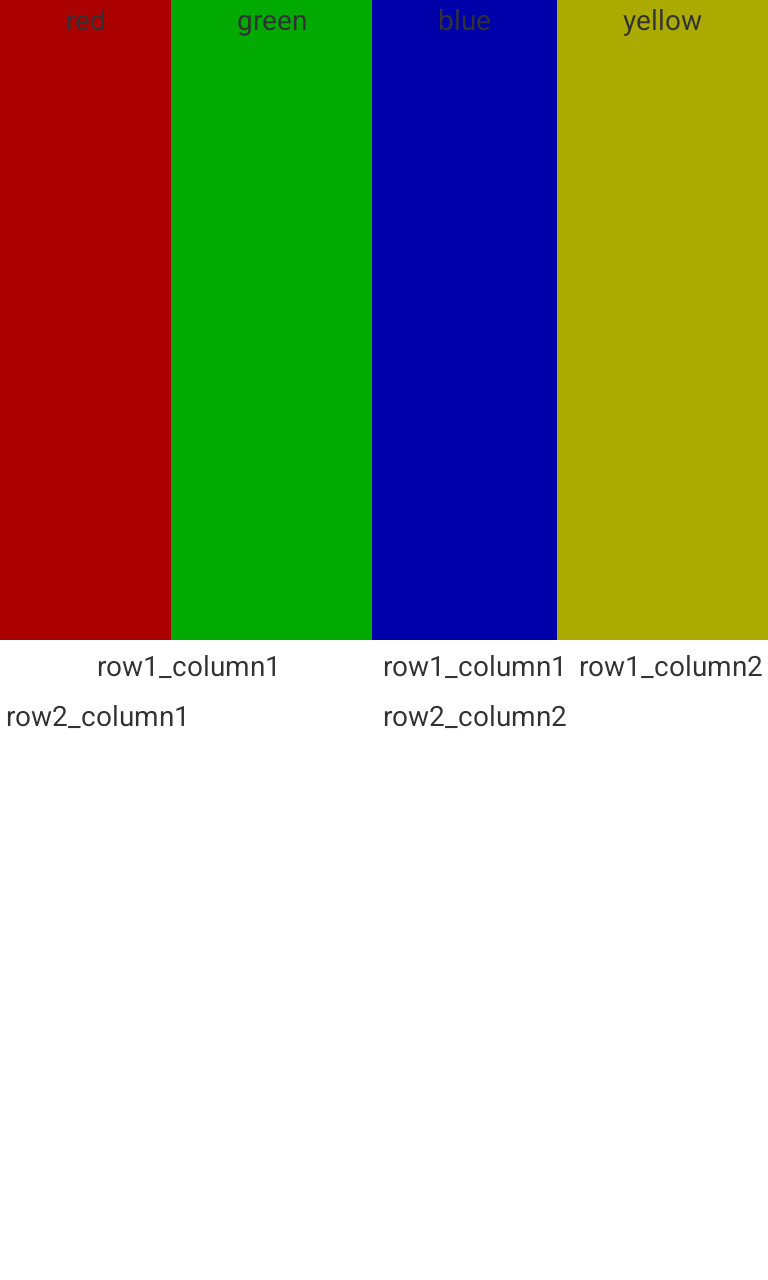
Repository: HouJun11220033/Android
Layout: Layout_04/res/layout/second.xml
The author's editor kept a copy of each file at every save. The layout is drawn from the files as they stood at one save, then again after the next save.
It is drawn on a 768 x 1280 px phone screen (xhdpi) without system bars, with theme AppTheme; the app's code is not run.

Above is the layout before, as saved 2016-09-15 16:00:30.

### Layout_04/res/layout/second.xml
<?xml version="1.0" encoding="utf-8"?>
<LinearLayout xmlns:android="http://schemas.android.com/apk/res/android"
    android:layout_width="fill_parent"
    android:layout_height="fill_parent"
    android:orientation="vertical" >

    <LinearLayout
        android:layout_width="fill_parent"
        android:layout_height="fill_parent"
        android:layout_weight="1"
        android:orientation="horizontal" >

        <TextView
            android:layout_width="wrap_content"
            android:layout_height="fill_parent"
            android:layout_weight="1"
            android:background="#aa0000"
            android:gravity="center_horizontal"
            android:text="red" />

        <TextView
            android:layout_width="wrap_content"
            android:layout_height="fill_parent"
            android:layout_weight="1"
            android:background="#00aa00"
            android:gravity="center_horizontal"
            android:text="green" />

        <TextView
            android:layout_width="wrap_content"
            android:layout_height="fill_parent"
            android:layout_weight="1"
            android:background="#0000aa"
            android:gravity="center_horizontal"
            android:text="blue" />

        <TextView
            android:layout_width="wrap_content"
            android:layout_height="fill_parent"
            android:layout_weight="1"
            android:background="#aaaa00"
            android:gravity="center_horizontal"
            android:text="yellow" />
    </LinearLayout>

    <LinearLayout
        android:layout_width="fill_parent"
        android:layout_height="fill_parent"
        android:layout_weight="1"
        android:orientation="horizontal" >

        <TableLayout
            android:layout_width="fill_parent"
            android:layout_height="fill_parent"
            android:stretchColumns="0" >

            <TableRow>

                <TextView
                    android:gravity="center"
                    android:padding="3dip"
                    android:text="@string/row1_column1" />

                <TextView
                   android:gravity="center"
                    android:padding="3dip"
                    android:text="@string/row1_column1" >
                </TextView>

                <TextView
                   android:gravity="center"
                    android:padding="3dip"
                    android:text="@string/row1_column2" />
            </TableRow>

            <TableRow>

                <TextView
                    android:padding="3dip"
                    android:text="@string/row2_column1" />

                <TextView
                    android:gravity="right"
                    android:padding="3dip"
                    android:text="@string/row2_column2" />
            </TableRow>
        </TableLayout>
    </LinearLayout>

</LinearLayout>

### Layout_04/res/values/strings.xml
<?xml version="1.0" encoding="utf-8"?>
<resources>

    <string name="hello">Hello World, TableTest!</string>
    <string name="app_name">layout02</string>
    <string name="row1_column1">row1_column1</string>
    <string name="row1_column2">row1_column2</string>
    <string name="row2_column1">row2_column1</string>
    <string name="row2_column2">row2_column2</string>

</resources>

Loaded but not shown: Layout_04/res/values/styles.xml (common file); Layout_04/res/values-v11/styles.xml (common file); Layout_04/res/values-v14/styles.xml (common file)

After the next save:
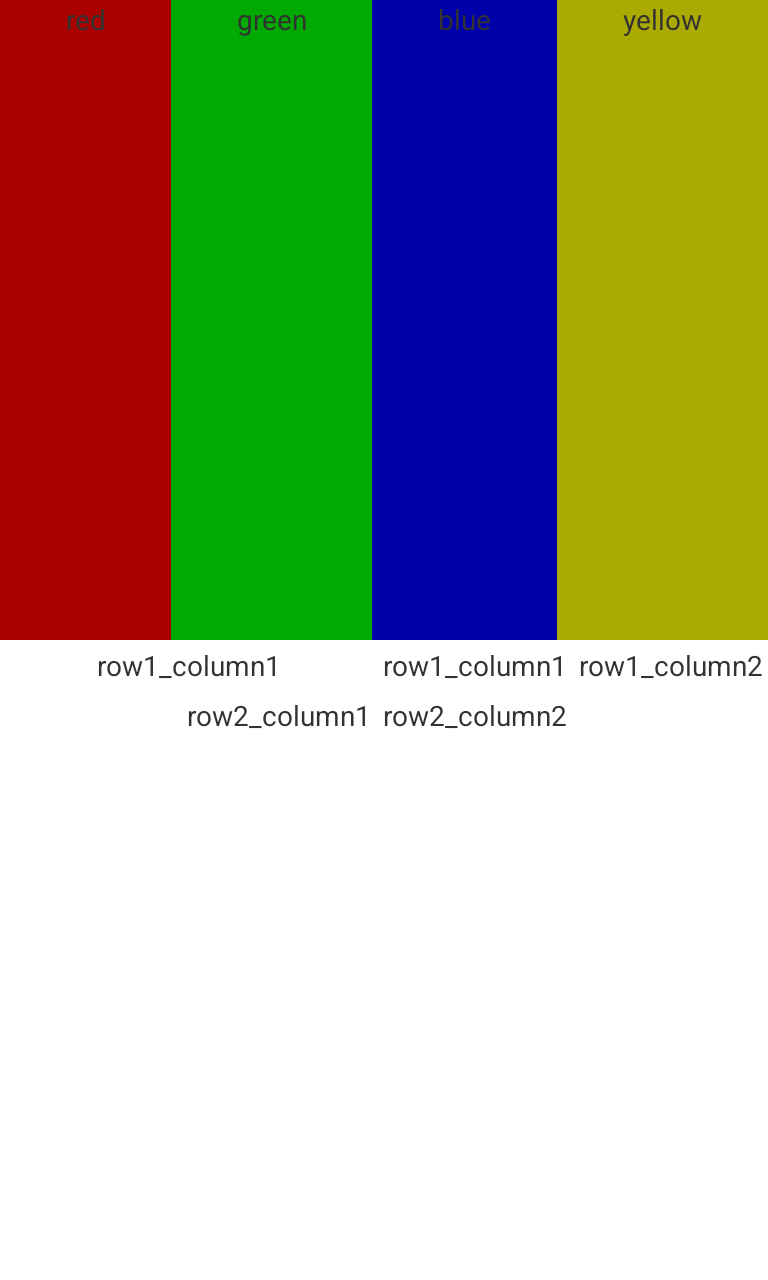
Saved 4 min 12 s later.
--- a/Layout_04/res/layout/second.xml
+++ b/Layout_04/res/layout/second.xml
@@ -76,6 +76,7 @@
             <TableRow>
 
                 <TextView
+                    android:gravity="right"
                     android:padding="3dip"
                     android:text="@string/row2_column1" />
 
